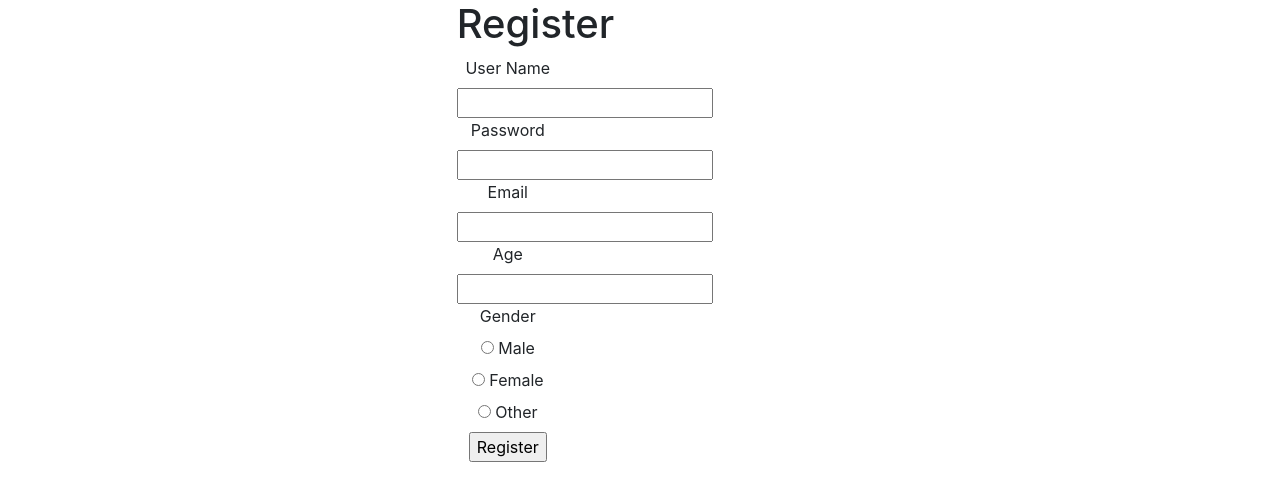
Repository: ramakrishnan1997/ram_javatraining
Page: http://localhost/AdminPortal/Register.jsp
These files come from the project's save history. The page is drawn as it stood at one moment and after the next save; the edit follows.
The browser window is 1280 px wide. The pictures show the whole page.
The page is served by Tomcat 9. Other server files are loaded and not shown.

Above is the page before, as saved 2022-07-01 08:35:16.

### AdminPortal/src/main/webapp/Register.jsp
<%@ page language="java" contentType="text/html; charset=UTF-8"
    pageEncoding="UTF-8"%>
<!DOCTYPE html>
<html>
<head>
<meta charset="UTF-8">
<title>Register</title>
<link rel="stylesheet"
	href="https://cdn.jsdelivr.net/npm/bootstrap@4.0.0/dist/css/bootstrap.min.css"
	integrity="sha384-Gn5384xqQ1aoWXA+058RXPxPg6fy4IWvTNh0E263XmFcJlSAwiGgFAW/dAiS6JXm"
	crossorigin="anonymous">
</head>
<body>
<div class="container-fluid">
<div class="row">
<div class="col-md-4"></div>
<div class="col-md-4">
<div class="col-md-4" align="center">
<h1 style="text-align:center">Register</h1>
<form>
<div><label>User Name</label><input type="text" name="username"></div>
<div><label>Password</label><input type="password" name="password"></div>
<div><label>Email</label><input type="email" name="email"></div>
<div><label>Age</label><input type="text" name="age"></div>
<div>
<label for="gender">Gender</label>
<div>
<input type="radio" value="Male" name="gender">
<label>Male</label>
</div>
<div>
<input type="radio" value="Female" name="gender">
<label>Female</label>
</div>
<div>
<input type="radio" value="Other" name="gender">
<label>Other</label>
</div>
</div>
</form>
<input type="submit" value="Register">
</div>
</div>
</div>
<div class="col-md-4"></div>
</div>
</body>
</html>

After the next save:
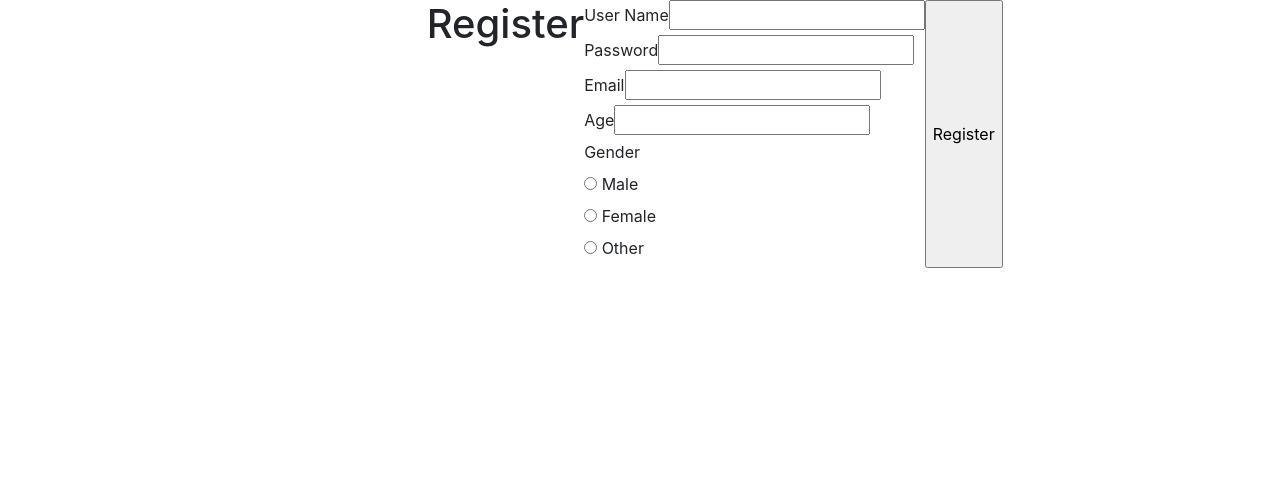
Saved 95 s later.
--- a/AdminPortal/src/main/webapp/Register.jsp
+++ b/AdminPortal/src/main/webapp/Register.jsp
@@ -14,8 +14,7 @@
 <div class="container-fluid">
 <div class="row">
 <div class="col-md-4"></div>
-<div class="col-md-4">
-<div class="col-md-4" align="center">
+
 <h1 style="text-align:center">Register</h1>
 <form>
 <div><label>User Name</label><input type="text" name="username"></div>
@@ -39,8 +38,7 @@
 </div>
 </form>
 <input type="submit" value="Register">
-</div>
-</div>
+
 </div>
 <div class="col-md-4"></div>
 </div>
